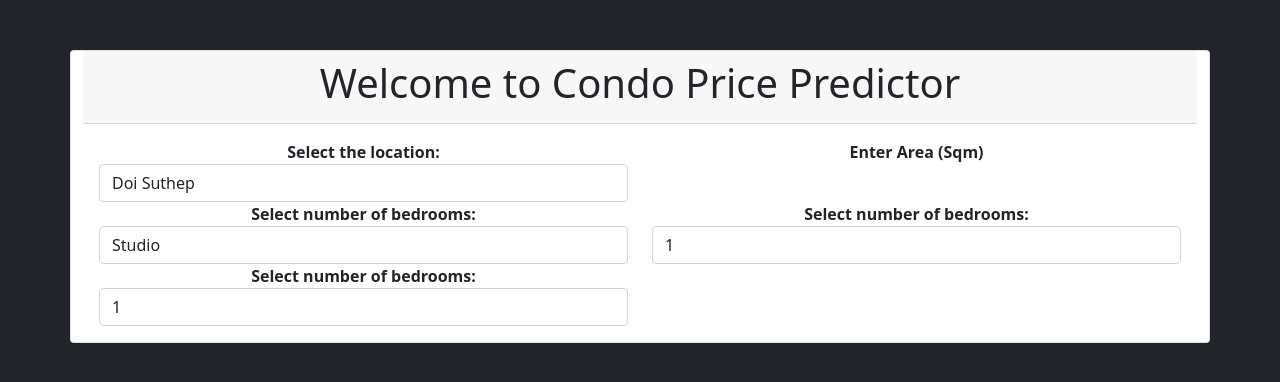
Repository: myothida/condoprice_CNX
Page: http://localhost/
An editor plug-in stored every save of this project. The page is shown before and after the next save, followed by the edit.
The browser window is 1280 px wide. The pictures show the whole page.
The page is served by the project's application, run on Flask 3 (main.py).

Above is the page before, as saved 2023-09-26 21:56:41.

After the next save:
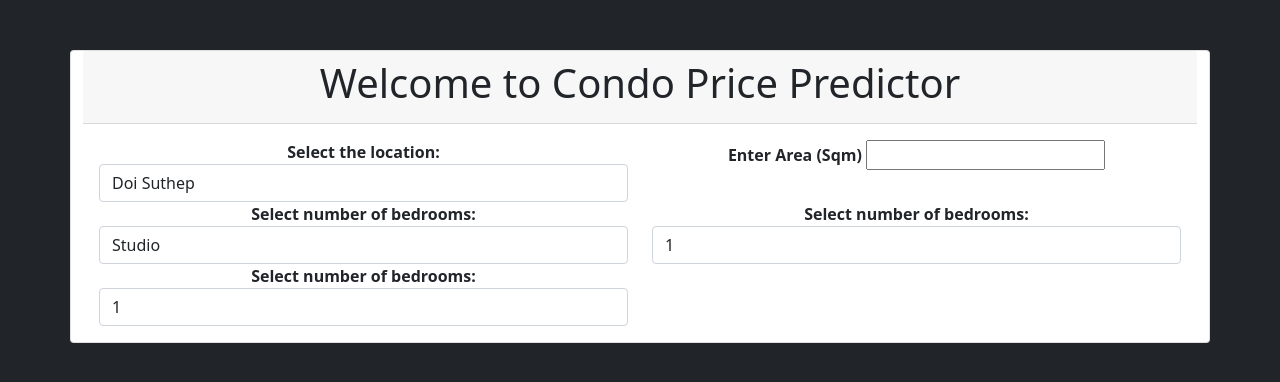
Saved 10 s later.
--- a/templates/index.html
+++ b/templates/index.html
@@ -43,6 +43,7 @@
 
                 <div class="col-md-6 form-group" style="text-align: center">
                   <label><b> Enter Area (Sqm) </b> </label>
+                  <input />
                 </div>
                 <div class="col-md-6 form-group" style="text-align: center">
                   <label><b> Select number of bedrooms: </b> </label>
